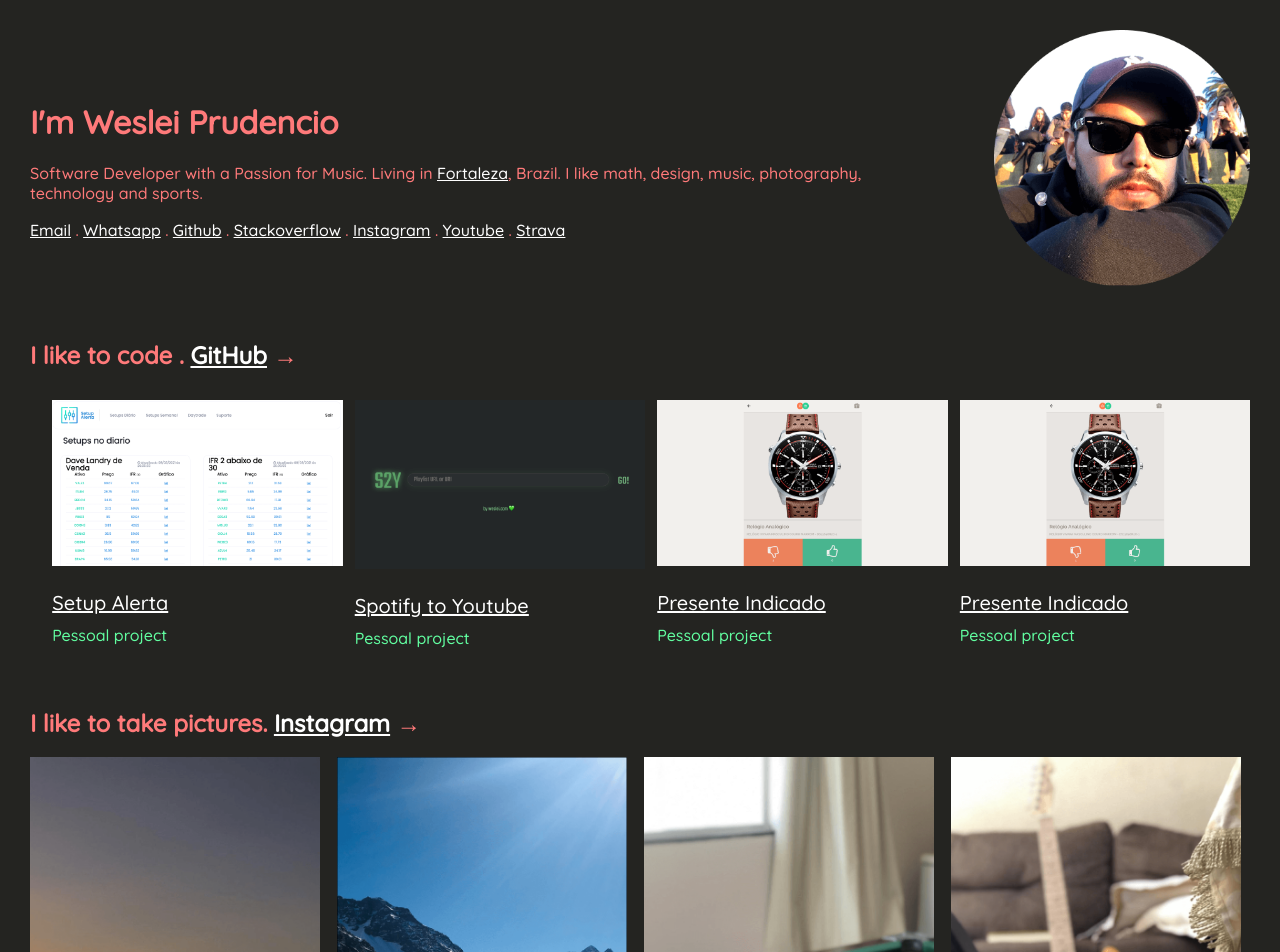
Repository: wprudencio/mywebsite
Page: index_src.html
These files come from the project's save history. The page is drawn as it stood at one moment and after the next save; the edit follows.
The browser window is 1280 px wide. The pictures show the part of the page from y = 0 to 952 px (the page is 2012 px tall).

Above is the page before, as saved 2021-04-15 20:51:30.

After the next save:
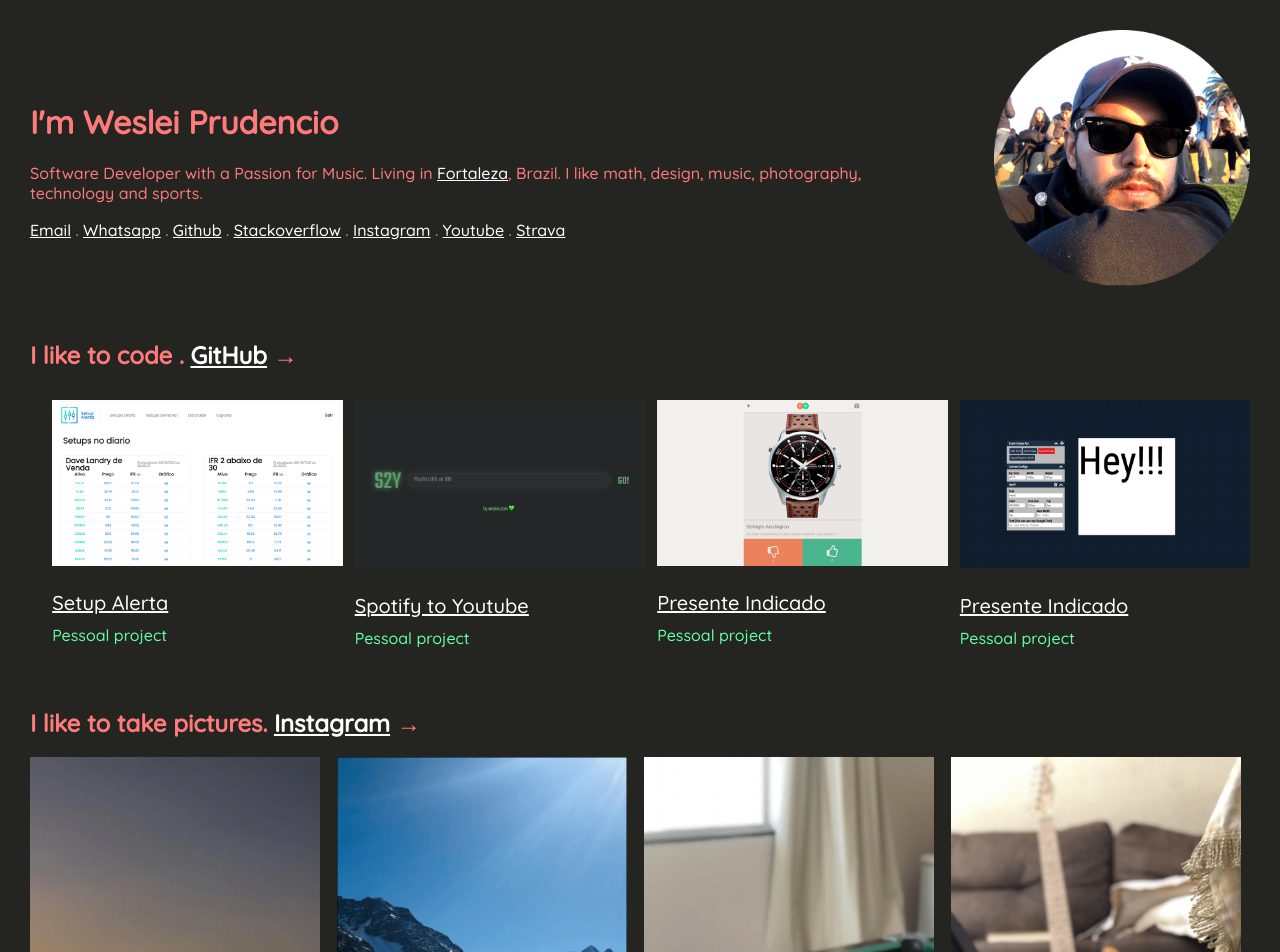
Saved 6 min 37 s later.
--- a/index_src.html
+++ b/index_src.html
@@ -70,7 +70,7 @@
           </div> -->
         </div>
         <div class="code-content">
-          <img src="img/screenshot_presenteindicado.png" width="300" />
+          <img src="img/screenshot_superimageapi.png" width="300" />
           <div class="title"><a class="title" href="https://presenteindicado.herokuapp.com/">Presente Indicado</a></div>
           <div class="subtitle">Pessoal project</div>
           <!-- <div class="description">
